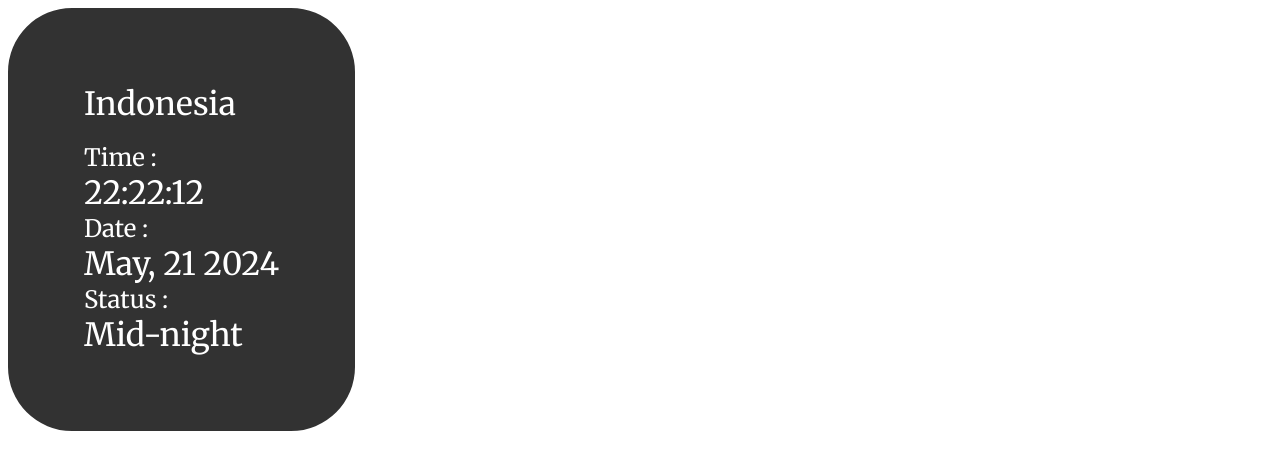
Repository: SnakeXrnt/notion-clock
Page: indonesia.html
The author's editor kept a copy of each file at every save. The page is drawn from the files as they stood at one save, then again after the next save.
The browser window is 1280 px wide. The pictures show the whole page.

Above is the page before, as saved 2024-05-21 16:18:06.

### indonesia.html
<!DOCTYPE html>
<html lang="en">
<head>
    <meta charset="UTF-8">
    <meta name="viewport" content="width=device-width, initial-scale=1.0">
    <title>Indonesia</title>
    <link rel="preconnect" href="https://fonts.googleapis.com">
    <link rel="preconnect" href="https://fonts.gstatic.com" crossorigin>
    <link href="https://fonts.googleapis.com/css2?family=Merriweather:ital,wght@0,300;0,400;0,700;0,900;1,300;1,400;1,700;1,900&display=swap" rel="stylesheet">
    <style>
        h1, h2, h3 {
            margin: 0px;
            font-family: "Merriweather", serif;
            font-weight: 400;
            font-style: normal;
            color: white;
            font-size: ;
        }



        .box {
            display: flex;
            flex-direction: column;
            width: max-content;
            height: max-content;
            border: 6vw solid rgb(50, 50, 50);
            background-color: rgb(50, 50, 50);
            border-radius: 5vw;

        }
    </style>
    <script>
        function updateTime() {
            const timeElement = document.querySelector('.time');
            const dateElement = document.querySelector('.date');
            const statusElement = document.querySelector('.status');

            const now = new Date();
            const options = { timeZone: 'Asia/Jakarta' };
            const jakartaTime = new Date(now.toLocaleString('en-US', options));

            const hours = jakartaTime.getHours();
            const minutes = jakartaTime.getMinutes();
            const seconds = jakartaTime.getSeconds();

            timeElement.innerHTML = `${hours}:${minutes < 10 ? '0' : ''}${minutes}<span class="blink">:</span>${seconds < 10 ? '0' : ''}${seconds}`;

            const monthNames = ["January", "February", "March", "April", "May", "June", "July", "August", "September", "October", "November", "December"];
            const month = monthNames[jakartaTime.getMonth()];
            const date = jakartaTime.getDate();
            const year = jakartaTime.getFullYear();

            dateElement.innerHTML = `${month}, ${date} ${year}`;

            const hourOfDay = jakartaTime.getHours();
            let status = '';
            if (hourOfDay >= 5 && hourOfDay < 12) {
                status = 'Morning';
            } else if (hourOfDay >= 12 && hourOfDay < 15) {
                status = 'Mid-day';
            } else if (hourOfDay >= 15 && hourOfDay < 18) {
                status = 'Afternoon';
            } else if (hourOfDay >= 18 && hourOfDay < 21) {
                status = 'Evening';
            } else {
                status = 'Mid-night';
            }

            statusElement.innerHTML = status;

            // Toggle blink class
            const blinkElements = document.querySelectorAll('.blink');
            blinkElements.forEach(element => {
                element.classList.toggle('hidden');
            });
        }

        setInterval(updateTime, 1000); // Update every second
    </script>
</head>
<body>
    <div class="box">
        <h1>Indonesia</h1>
        <br>
        <h2>Time :</h2>
        <h1 class="time"></h1>
        <h2>Date :</h2>
        <h1 class="date"></h1>
        <h2>Status : </h2>
        <h1 class="status"></h1>

    </div>
</body>
</html>

After the next save:
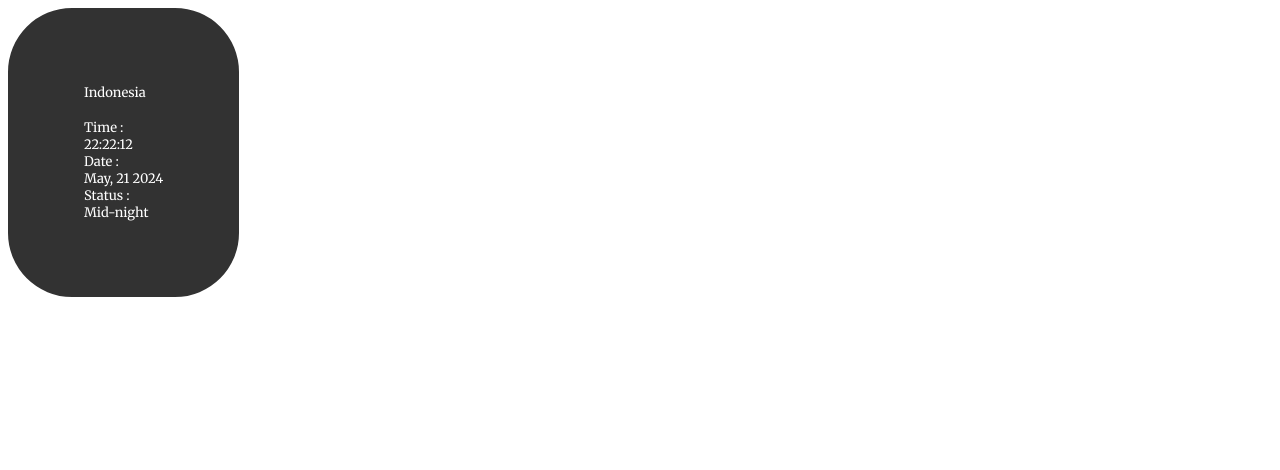
Saved 4 s later.
--- a/indonesia.html
+++ b/indonesia.html
@@ -14,7 +14,7 @@
             font-weight: 400;
             font-style: normal;
             color: white;
-            font-size: ;
+            font-size: small;
         }
 
 

After the save that followed:
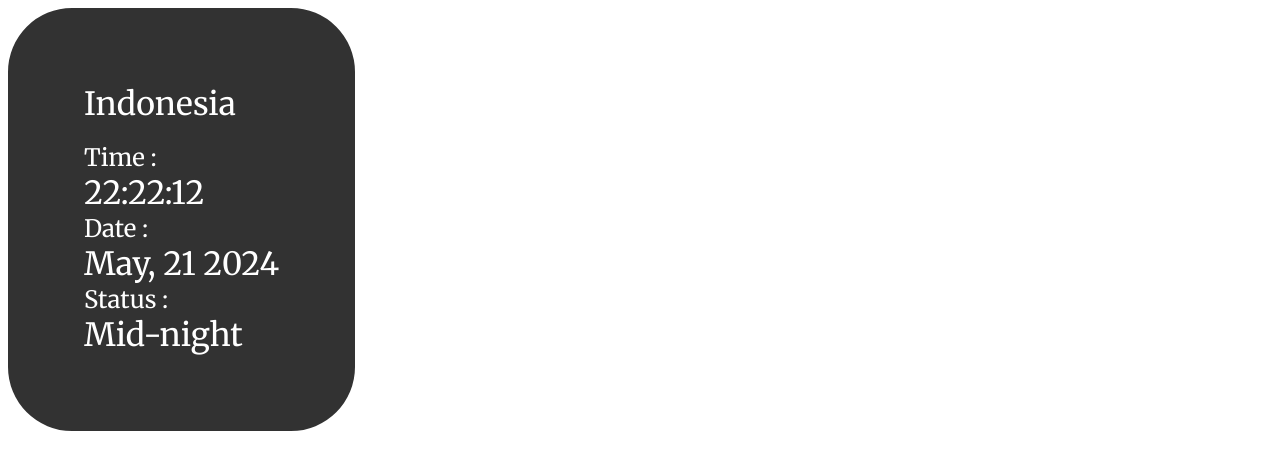
Saved 6 s later.
--- a/indonesia.html
+++ b/indonesia.html
@@ -14,7 +14,7 @@
             font-weight: 400;
             font-style: normal;
             color: white;
-            font-size: small;
+            font-size: ;
         }
 
 
